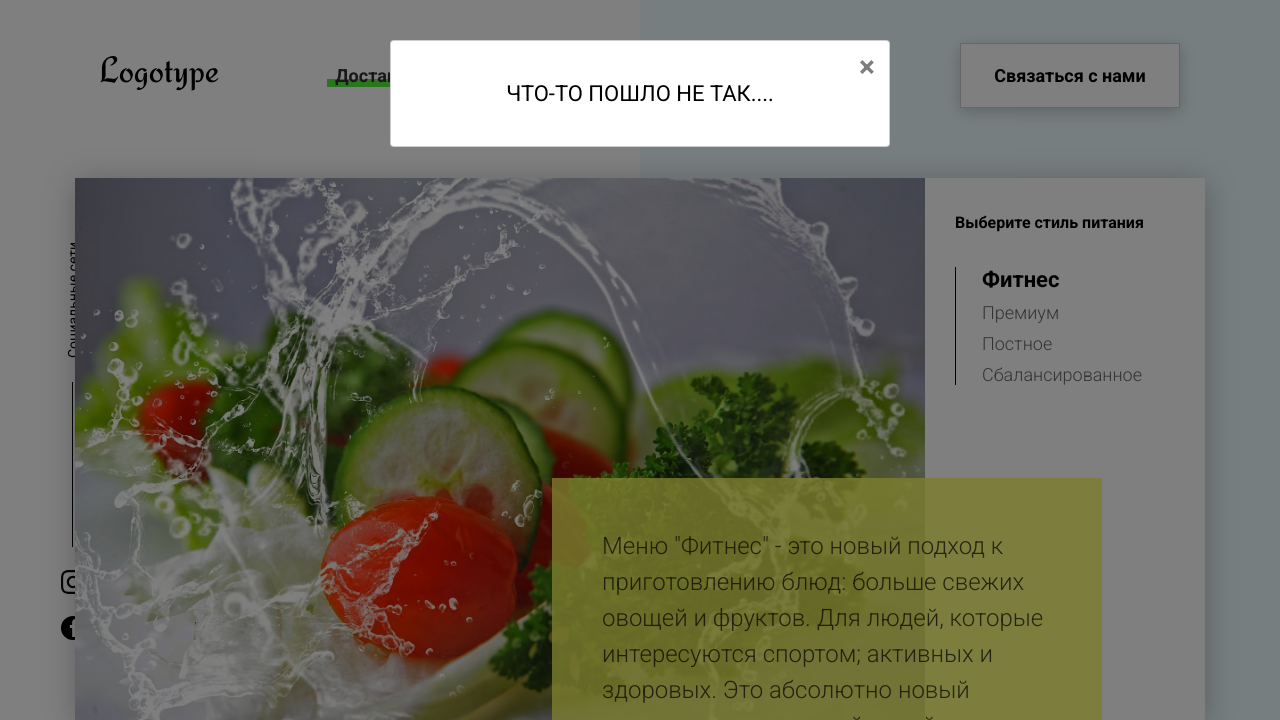
Repository: ne-comilfo/food
Page: index.html
The author's editor kept a copy of each file at every save. The page is drawn from the files as they stood at one save, then again after the next save.
The browser window is 1280 px wide. The pictures show the window.
Empty fields were first filled with sample values (such as "Sample", 5 or name@example.com).
After loading, the first visible `form.order__form` was submitted once.
The page's requests for data from a server got no answer. A layer covers the whole window, so only the first screen is drawn.

Above is the page before, as saved 2025-08-06 13:53:06.

After the next save:
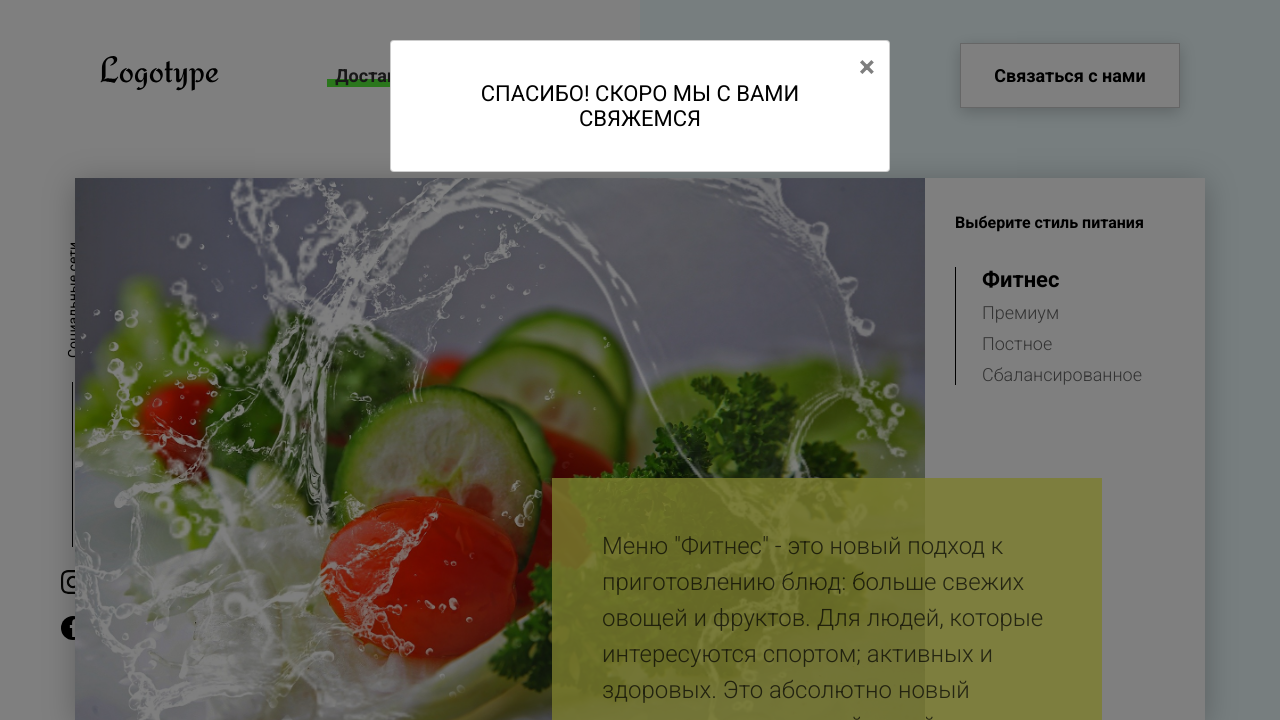
Saved 97 s later.
--- a/js/script.js
+++ b/js/script.js
@@ -210,7 +210,13 @@
                 obj[key] = value;
             });
 
-            sendForm('http://localhost:3000/requests', JSON.stringify(obj)) // пришел промис
+            fetch('server.php', {
+                method: 'POST',
+                headers: {
+                    'Content-type': 'application/json'
+                },
+                body: JSON.stringify(obj)
+            }).then(data => data.text()) // новый промис
                 .then(data => {
                     console.log(data);
                     showThanksModal(message.success);

After the save that followed:
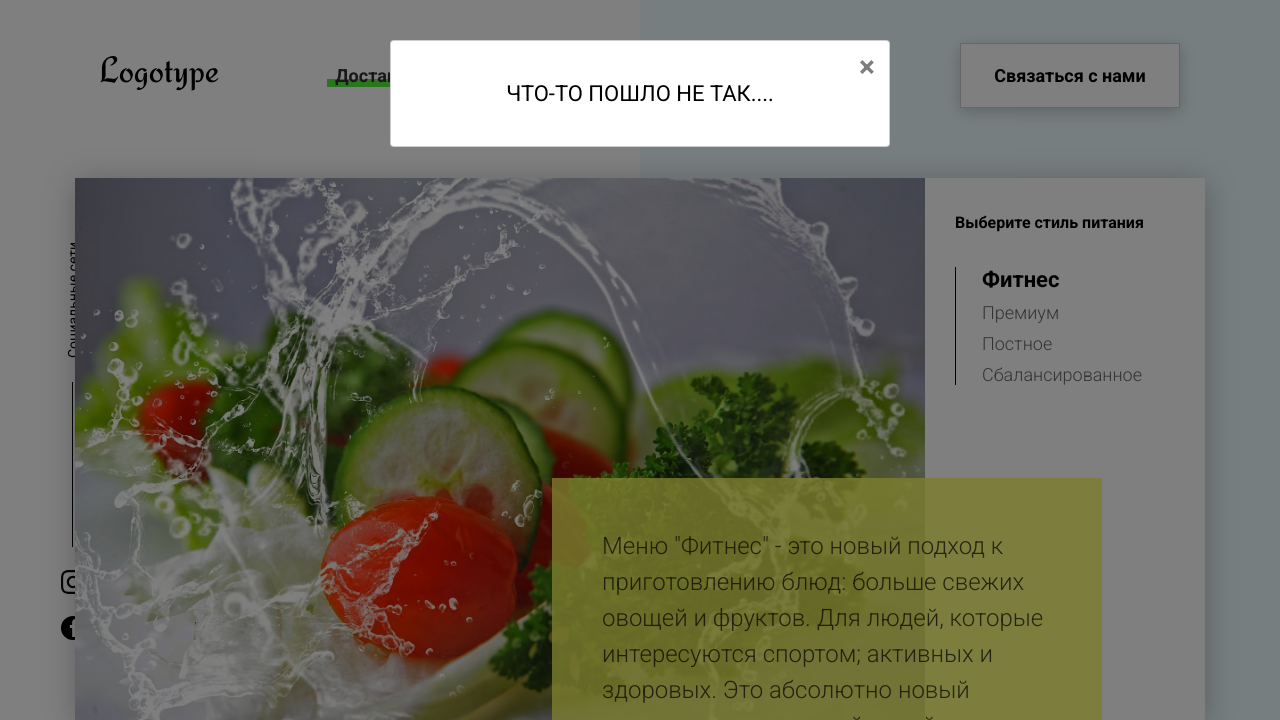
Saved 7 s later.
--- a/js/script.js
+++ b/js/script.js
@@ -210,13 +210,7 @@
                 obj[key] = value;
             });
 
-            fetch('server.php', {
-                method: 'POST',
-                headers: {
-                    'Content-type': 'application/json'
-                },
-                body: JSON.stringify(obj)
-            }).then(data => data.text()) // новый промис
+            sendForm('http://localhost:3000/requests', JSON.stringify(obj)) // пришел промис
                 .then(data => {
                     console.log(data);
                     showThanksModal(message.success);
